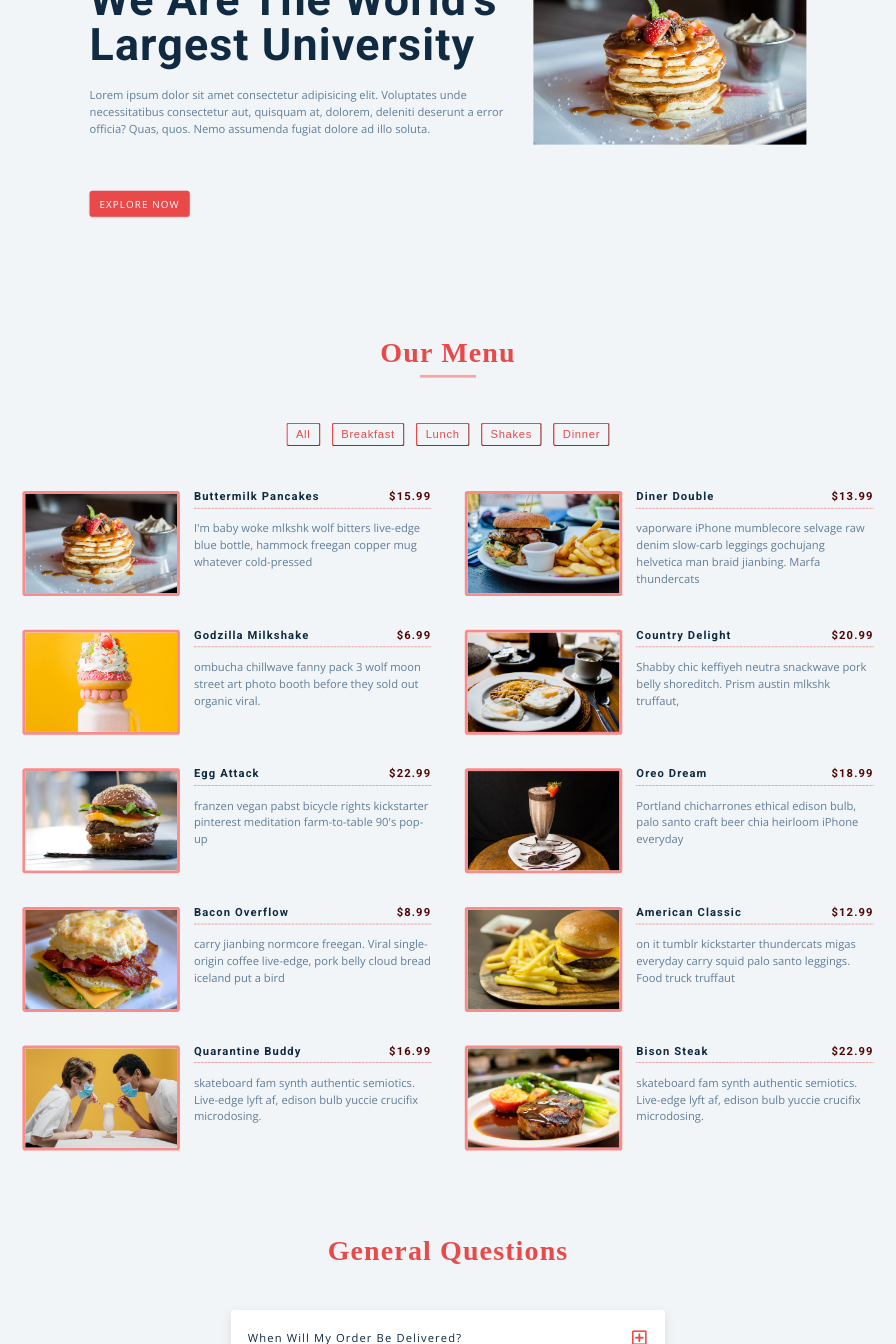
Repository: xoshiraghavx/Food-you
Page: index.html
These files come from the project's save history. The page is drawn as it stood at one moment and after the next save; the edit follows.
The browser window is 1280 px wide. The pictures show the part of the page from y = 831 to 2751 px (the page is 3276 px tall before and 3253 px after), at 70% of full size.
Some web libraries are served in a nearby version.

Above is the page before, as saved 2022-12-03 09:16:29.

After the next save:
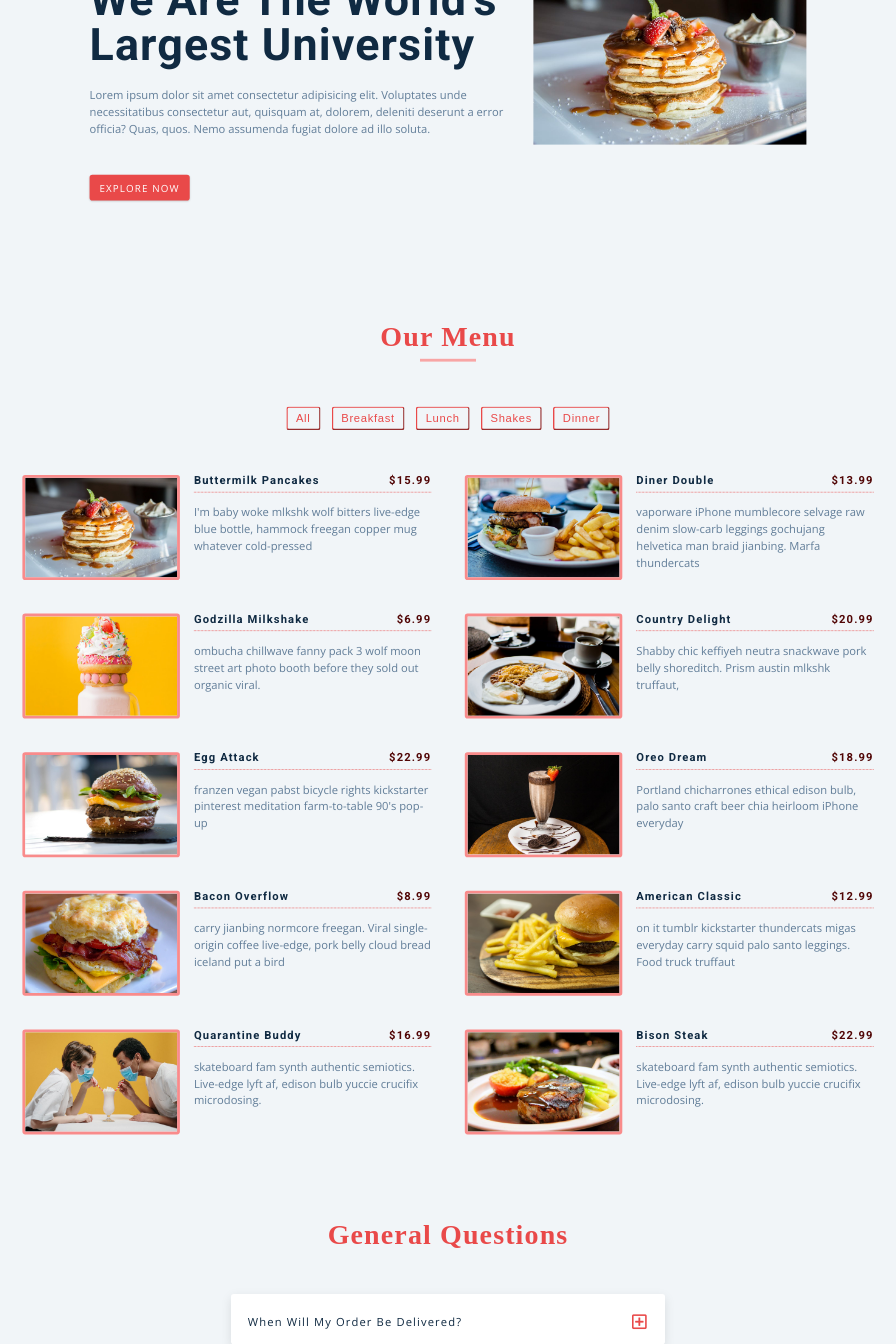
Saved 24 s later.
--- a/styles.css
+++ b/styles.css
@@ -549,7 +549,7 @@
   width: 100%;
 }
 .about-col p{
-  padding: 15px 0 25px;
+  padding: 15px 0 2px;
 }
 /* .red-btn{
   border: 1px solid #f44336;

After the save that followed:
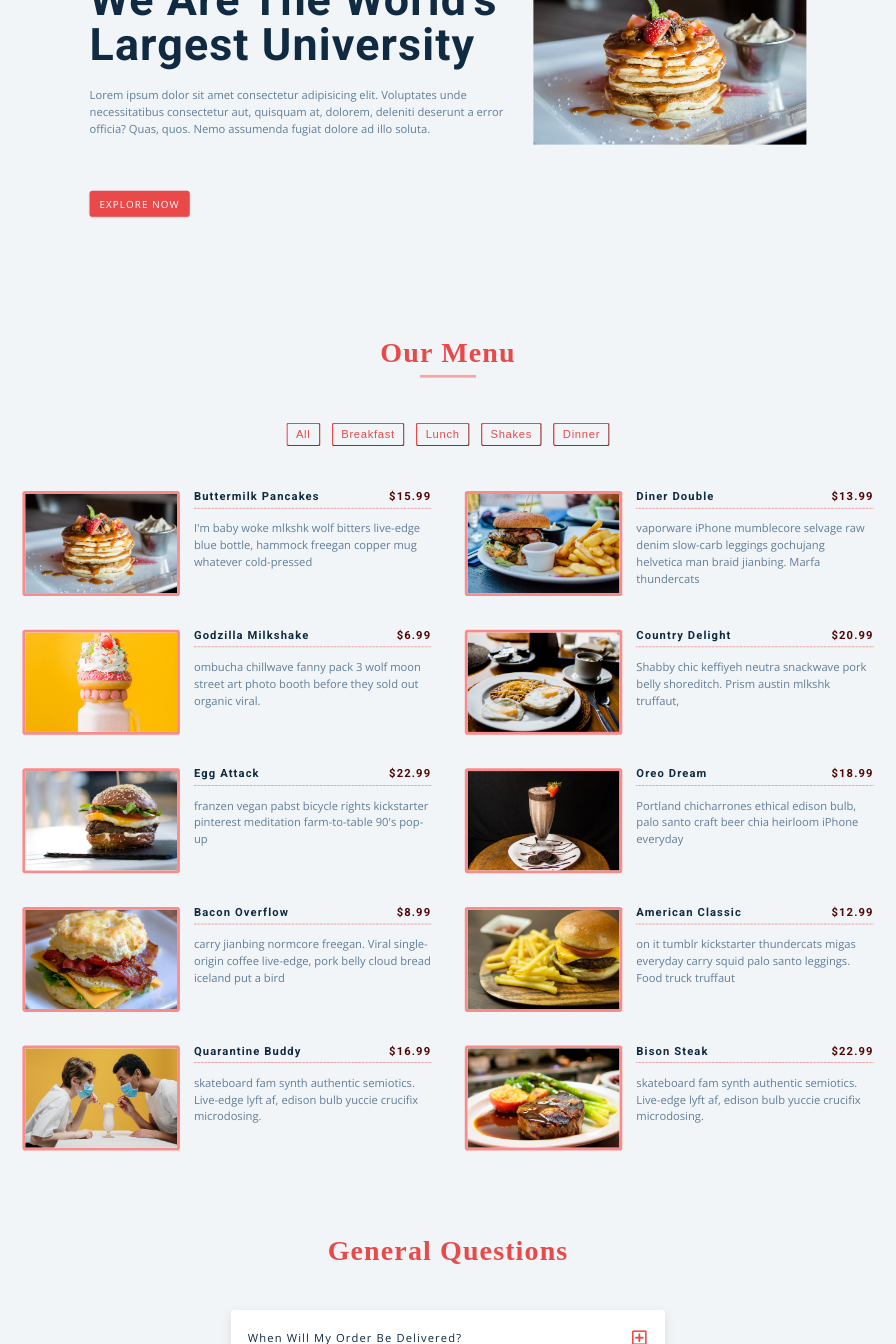
Saved 6 s later.
--- a/styles.css
+++ b/styles.css
@@ -549,7 +549,7 @@
   width: 100%;
 }
 .about-col p{
-  padding: 15px 0 2px;
+  padding: 15px 0 25px;
 }
 /* .red-btn{
   border: 1px solid #f44336;
